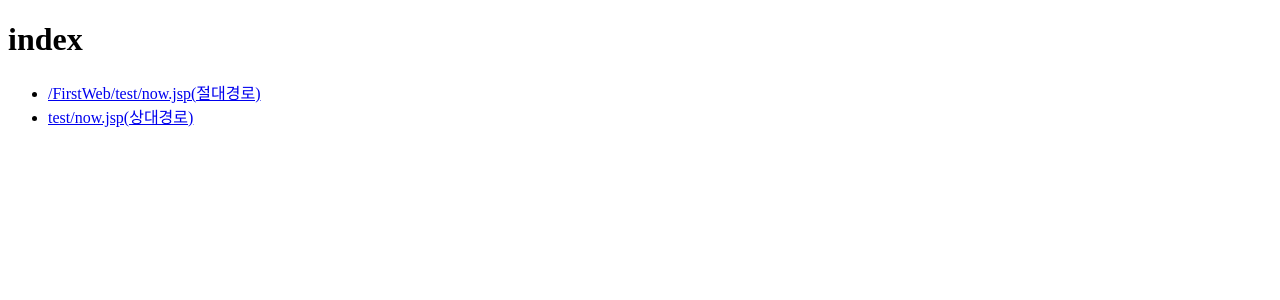
Repository: 2hundred2ne2/bit
Page: http://localhost/First_Web/
The author's editor kept a copy of each file at every save. The page is drawn from the files as they stood at one save, then again after the next save.
The browser window is 1280 px wide. The pictures show the whole page.
The page is served by Tomcat 9. Other server files are loaded and not shown.

Above is the page before, as saved 2020-12-15 00:35:24.

### JSP_PROJECT/First_Web/WebContent/index.jsp
<%@ page language="java" contentType="text/html; charset=UTF-8"
    pageEncoding="UTF-8"%>
<!DOCTYPE html>
<html>
<head>
<meta charset="UTF-8">
<title>First Jsp</title>
</head>
<body>
<h1>index</h1>
<ul>

<li><a href="/FirstWeb/test/now.jsp">/FirstWeb/test/now.jsp(절대경로)</a></li>
<li><a href="test/now.jsp">test/now.jsp(상대경로)</a></li>
</ul>
</body>
</html>

After the next save:
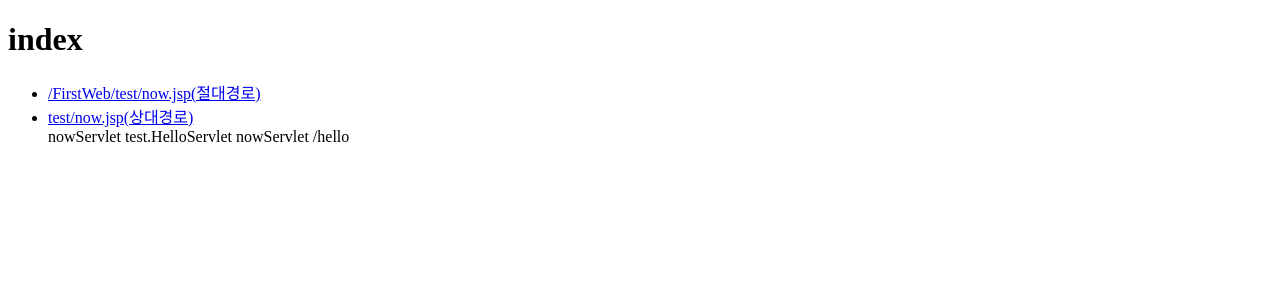
Saved 1 s later.
--- a/JSP_PROJECT/First_Web/WebContent/index.jsp
+++ b/JSP_PROJECT/First_Web/WebContent/index.jsp
@@ -12,6 +12,19 @@
 
 <li><a href="/FirstWeb/test/now.jsp">/FirstWeb/test/now.jsp(절대경로)</a></li>
 <li><a href="test/now.jsp">test/now.jsp(상대경로)</a></li>
+ <!--
+  			서블릿 등록
+  			서블릿 이름, 서블릿 클래스의 풀 네임
+  -->
+  <servlet>
+  	<servlet-name>nowServlet</servlet-name>
+  	<servlet-class>test.HelloServlet</servlet-class>
+  </servlet>
+
+  <servlet-mapping>
+  	<servlet-name>nowServlet</servlet-name>
+  	<url-pattern>/hello</url-pattern>
+  </servlet-mapping>
 </ul>
 </body>
 </html>
